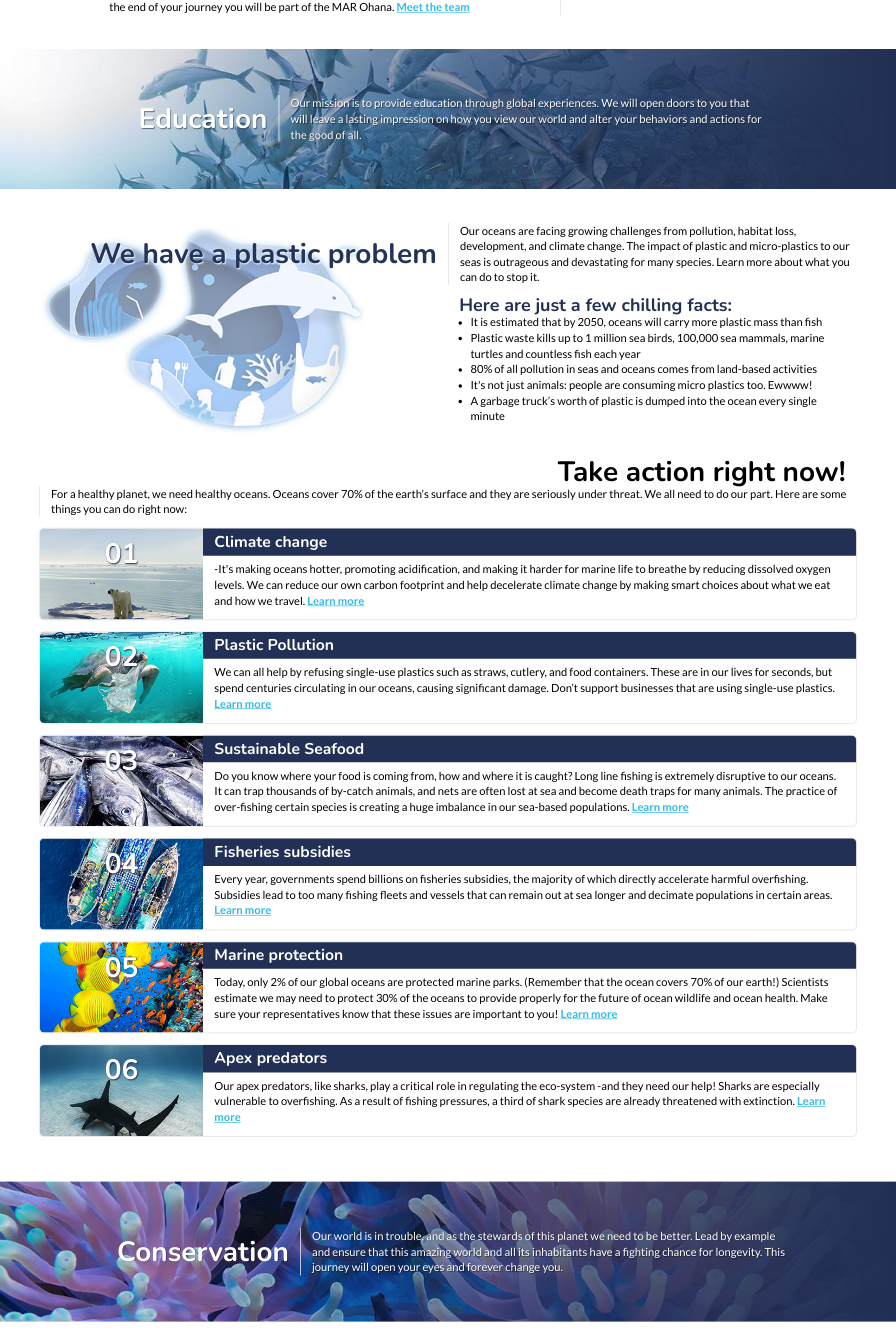
Repository: mariocapitbrok/css-combining-grid-and-flexbox-ch04
Page: 04_12/04_12_start.html
These files come from the project's save history. The page is drawn as it stood at one moment and after the next save; the edit follows.
The browser window is 1280 px wide. The pictures show the part of the page from y = 2430 to 4350 px (the page is 4350 px tall before and 4332 px after), at 70% of full size.

Above is the page before, as saved 2022-10-10 20:42:32.

After the next save:
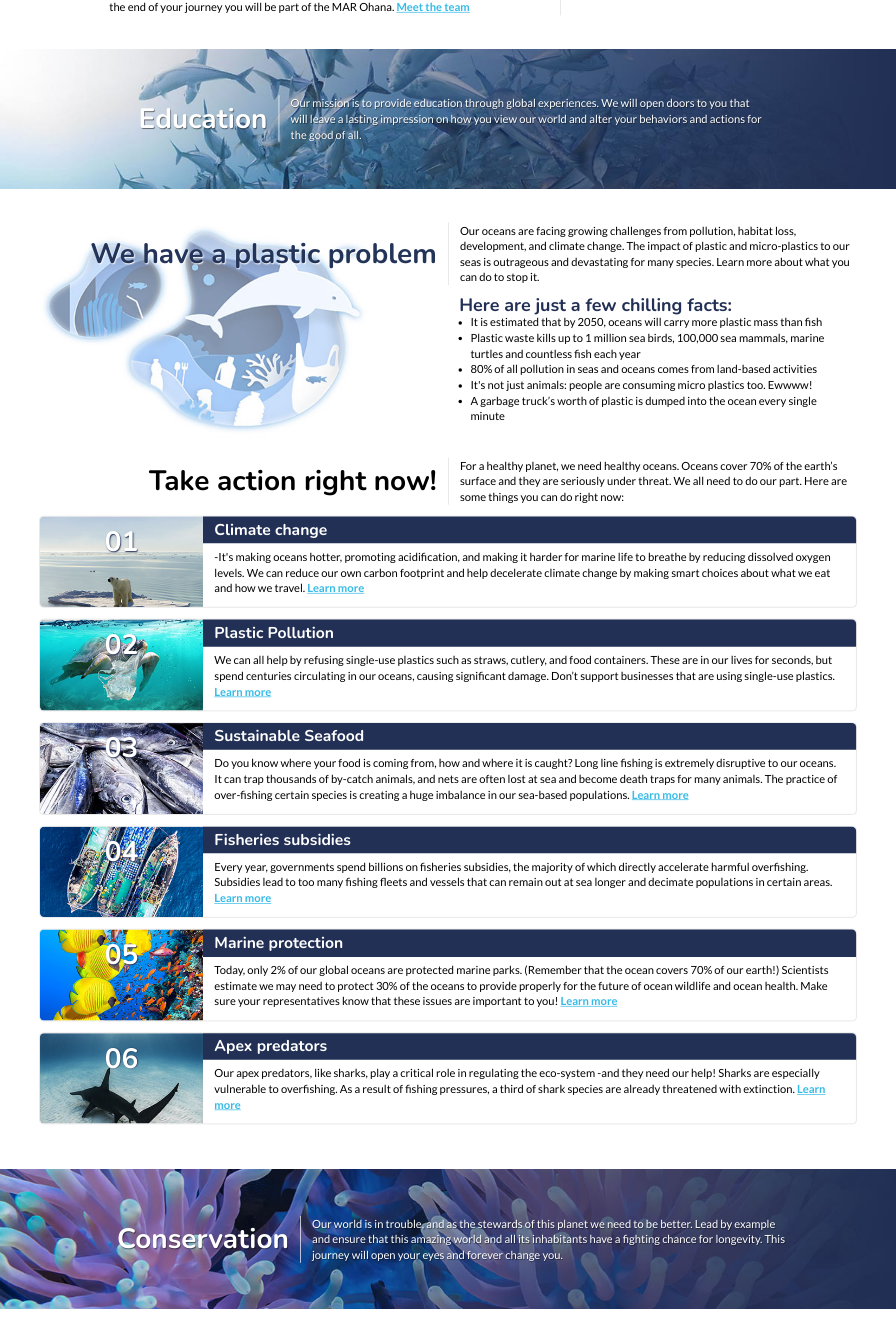
Saved 5 min 14 s later.
--- a/04_12/styles/base.css
+++ b/04_12/styles/base.css
@@ -744,6 +744,9 @@ section.problem {
 
   .action article {
     margin-bottom: 1rem;
+    display: grid;
+    grid-template-columns: repeat(2, 1fr);
+    align-items: center;
   }
 
   .action article h1 {
